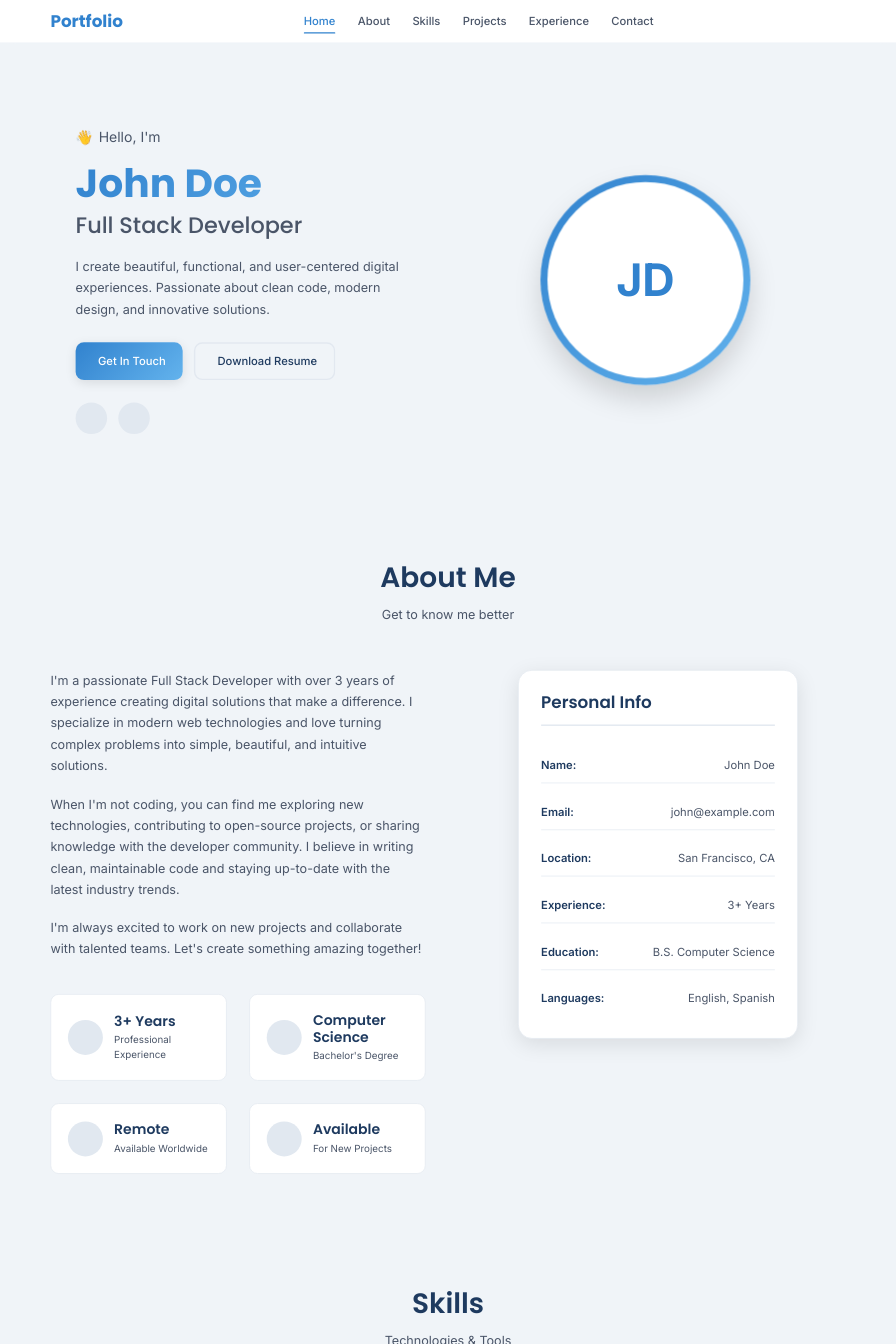
Repository: TharunPathakamuri/Portfolio
Page: index.html
An editor plug-in stored every save of this project. The page is shown before and after the next save, followed by the edit.
The browser window is 1280 px wide. The pictures show the part of the page from y = 0 to 1920 px (the page is 5070 px tall), at 70% of full size.

Above is the page before, as saved 2025-07-04 23:12:19.

### index.html
<!DOCTYPE html>
<html lang="en">
<head>
    <meta charset="UTF-8">
    <meta name="viewport" content="width=device-width, initial-scale=1.0">
    <title>John Doe - Portfolio</title>
    <meta name="description" content="Personal Portfolio - Modern Web Developer">

    <!-- Google Fonts -->
    <link rel="preconnect" href="https://fonts.googleapis.com">
    <link rel="preconnect" href="https://fonts.gstatic.com" crossorigin>
    <link href="https://fonts.googleapis.com/css2?family=Inter:wght@300;400;500;600;700&family=Poppins:wght@300;400;500;600;700&display=swap" rel="stylesheet">

    <!-- Lucide Icons -->
    <link rel="stylesheet" href="https://cdn.jsdelivr.net/npm/lucide-static@0.292.0/font/lucide.css">

    <!-- Custom CSS -->
    <link rel="stylesheet" href="styles.css">
</head>
<body>
    <!-- Navigation -->
    <nav class="navbar" id="navbar">
        <div class="container">
            <div class="nav-content">
                <div class="nav-logo">
                    <h3>Portfolio</h3>
                </div>

                <ul class="nav-menu" id="nav-menu">
                    <li><a href="#home" class="nav-link">Home</a></li>
                    <li><a href="#about" class="nav-link">About</a></li>
                    <li><a href="#skills" class="nav-link">Skills</a></li>
                    <li><a href="#projects" class="nav-link">Projects</a></li>
                    <li><a href="#experience" class="nav-link">Experience</a></li>
                    <li><a href="#contact" class="nav-link">Contact</a></li>
                </ul>

                <div class="nav-actions">
                    <button class="theme-toggle" id="theme-toggle" aria-label="Toggle dark mode">
                        <i class="lucide lucide-moon"></i>
                    </button>

                    <button class="mobile-menu-toggle" id="mobile-menu-toggle" aria-label="Toggle mobile menu">
                        <i class="lucide lucide-menu"></i>
                    </button>
                </div>
            </div>
        </div>
    </nav>

    <!-- Hero Section -->
    <section id="home" class="hero">
        <div class="container">
            <div class="hero-content">
                <div class="hero-text">
                    <div class="hero-greeting">
                        <span class="wave">👋</span> Hello, I'm
                    </div>

                    <h1 class="hero-title">
                        <span class="name">John Doe</span>
                        <span class="title">Full Stack Developer</span>
                    </h1>

                    <p class="hero-description">
                        I create beautiful, functional, and user-centered digital experiences.
                        Passionate about clean code, modern design, and innovative solutions.
                    </p>

                    <div class="hero-actions">
                        <button class="btn btn-primary" onclick="scrollToSection('contact')">
                            <i class="lucide lucide-mail"></i>
                            Get In Touch
                        </button>

                        <a href="resume.pdf" class="btn btn-secondary" download>
                            <i class="lucide lucide-download"></i>
                            Download Resume
                        </a>
                    </div>

                    <div class="hero-social">
                        <a href="https://github.com" target="_blank" rel="noopener noreferrer" class="social-link">
                            <i class="lucide lucide-github"></i>
                        </a>
                        <a href="https://linkedin.com" target="_blank" rel="noopener noreferrer" class="social-link">
                            <i class="lucide lucide-linkedin"></i>
                        </a>
                    </div>
                </div>

                <div class="hero-visual">
                    <div class="hero-image">
                        <div class="image-placeholder">
                            <div class="placeholder-text">JD</div>
                        </div>
                    </div>
                </div>
            </div>
        </div>
    </section>

    <!-- About Section -->
    <section id="about" class="about section">
        <div class="container">
            <div class="section-header">
                <h2 class="section-title">About Me</h2>
                <p class="section-subtitle">Get to know me better</p>
            </div>

            <div class="about-content">
                <div class="about-text">
                    <div class="about-description">
                        <p>
                            I'm a passionate Full Stack Developer with over 3 years of experience
                            creating digital solutions that make a difference. I specialize in
                            modern web technologies and love turning complex problems into simple,
                            beautiful, and intuitive solutions.
                        </p>

                        <p>
                            When I'm not coding, you can find me exploring new technologies,
                            contributing to open-source projects, or sharing knowledge with the
                            developer community. I believe in writing clean, maintainable code
                            and staying up-to-date with the latest industry trends.
                        </p>

                        <p>
                            I'm always excited to work on new projects and collaborate with
                            talented teams. Let's create something amazing together!
                        </p>
                    </div>

                    <div class="about-highlights">
                        <div class="highlight-item">
                            <div class="highlight-icon">
                                <i class="lucide lucide-briefcase"></i>
                            </div>
                            <div class="highlight-content">
                                <h4 class="highlight-title">3+ Years</h4>
                                <p class="highlight-description">Professional Experience</p>
                            </div>
                        </div>

                        <div class="highlight-item">
                            <div class="highlight-icon">
                                <i class="lucide lucide-graduation-cap"></i>
                            </div>
                            <div class="highlight-content">
                                <h4 class="highlight-title">Computer Science</h4>
                                <p class="highlight-description">Bachelor's Degree</p>
                            </div>
                        </div>

                        <div class="highlight-item">
                            <div class="highlight-icon">
                                <i class="lucide lucide-map-pin"></i>
                            </div>
                            <div class="highlight-content">
                                <h4 class="highlight-title">Remote</h4>
                                <p class="highlight-description">Available Worldwide</p>
                            </div>
                        </div>

                        <div class="highlight-item">
                            <div class="highlight-icon">
                                <i class="lucide lucide-calendar"></i>
                            </div>
                            <div class="highlight-content">
                                <h4 class="highlight-title">Available</h4>
                                <p class="highlight-description">For New Projects</p>
                            </div>
                        </div>
                    </div>
                </div>

                <div class="about-visual">
                    <div class="about-card">
                        <div class="card-header">
                            <h3>Personal Info</h3>
                        </div>

                        <div class="info-list">
                            <div class="info-item">
                                <span class="info-label">Name:</span>
                                <span class="info-value">John Doe</span>
                            </div>

                            <div class="info-item">
                                <span class="info-label">Email:</span>
                                <span class="info-value">john@example.com</span>
                            </div>

                            <div class="info-item">
                                <span class="info-label">Location:</span>
                                <span class="info-value">San Francisco, CA</span>
                            </div>

                            <div class="info-item">
                                <span class="info-label">Experience:</span>
                                <span class="info-value">3+ Years</span>
                            </div>

                            <div class="info-item">
                                <span class="info-label">Education:</span>
                                <span class="info-value">B.S. Computer Science</span>
                            </div>

                            <div class="info-item">
                                <span class="info-label">Languages:</span>
                                <span class="info-value">English, Spanish</span>
                            </div>
                        </div>
                    </div>
                </div>
            </div>
        </div>
    </section>

    <!-- Skills Section -->
    <section id="skills" class="skills section">
        <div class="container">
            <div class="section-header">
                <h2 class="section-title">Skills</h2>
                <p class="section-subtitle">Technologies & Tools</p>
            </div>

            <div class="skills-grid">
                <div class="skill-card">
                    <div class="skill-icon">
                        <i class="lucide lucide-code"></i>
                    </div>
                    <div class="skill-name">HTML5</div>
                </div>

                <div class="skill-card">
                    <div class="skill-icon">
                        <i class="lucide lucide-palette"></i>
                    </div>
                    <div class="skill-name">CSS3</div>
                </div>

                <div class="skill-card">
                    <div class="skill-icon">
                        <i class="lucide lucide-file-code"></i>
                    </div>
                    <div class="skill-name">JavaScript</div>
                </div>

                <div class="skill-card">
                    <div class="skill-icon">
                        <i class="lucide lucide-zap"></i>
                    </div>
                    <div class="skill-name">React</div>
                </div>

                <div class="skill-card">
                    <div class="skill-icon">
                        <i class="lucide lucide-server"></i>
                    </div>
                    <div class="skill-name">Node.js</div>
                </div>

                <div class="skill-card">
                    <div class="skill-icon">
                        <i class="lucide lucide-database"></i>
                    </div>
                    <div class="skill-name">SQL/NoSQL</div>
                </div>

                <div class="skill-card">
                    <div class="skill-icon">
                        <i class="lucide lucide-globe"></i>
                    </div>
                    <div class="skill-name">APIs</div>
                </div>

                <div class="skill-card">
                    <div class="skill-icon">
                        <i class="lucide lucide-git-branch"></i>
                    </div>
                    <div class="skill-name">Git</div>
                </div>

                <div class="skill-card">
                    <div class="skill-icon">
                        <i class="lucide lucide-image"></i>
                    </div>
                    <div class="skill-name">Figma</div>
                </div>

                <div class="skill-card">
                    <div class="skill-icon">
                        <i class="lucide lucide-cloud"></i>
                    </div>
                    <div class="skill-name">Cloud</div>
                </div>

                <div class="skill-card">
                    <div class="skill-icon">
                        <i class="lucide lucide-terminal"></i>
                    </div>
                    <div class="skill-name">CLI</div>
                </div>

                <div class="skill-card">
                    <div class="skill-icon">
                        <i class="lucide lucide-check-circle"></i>
                    </div>
                    <div class="skill-name">Clean Code</div>
                </div>
            </div>
        </div>
    </section>

    <!-- Projects Section -->
    <section id="projects" class="projects section">
        <div class="container">
            <div class="section-header">
                <h2 class="section-title">Projects</h2>
                <p class="section-subtitle">Selected Work</p>
            </div>

            <div class="projects-grid">
                <div class="project-card">
                    <div class="project-image">
                        <img src="https://placehold.co/400x220" alt="Modern Portfolio">
                    </div>
                    <div class="project-content">
                        <h3 class="project-title">Modern Portfolio</h3>
                        <p class="project-description">A sleek, responsive portfolio website built with React and modern CSS.</p>
                        <div class="project-tech">
                            <span class="tech-icon"><i class="lucide lucide-zap"></i></span>
                            <span class="tech-icon"><i class="lucide lucide-image"></i></span>
                        </div>
                        <div class="project-links">
                            <a href="https://github.com" target="_blank" rel="noopener noreferrer" class="project-link">
                                <i class="lucide lucide-github"></i>
                            </a>
                            <a href="#" target="_blank" rel="noopener noreferrer" class="project-link">
                                <i class="lucide lucide-external-link"></i>
                            </a>
                        </div>
                    </div>
                </div>

                <div class="project-card">
                    <div class="project-image">
                        <img src="https://placehold.co/400x220" alt="Task Manager App">
                    </div>
                    <div class="project-content">
                        <h3 class="project-title">Task Manager App</h3>
                        <p class="project-description">A productivity app for managing daily tasks, with real-time sync.</p>
                        <div class="project-tech">
                            <span class="tech-icon"><i class="lucide lucide-zap"></i></span>
                            <span class="tech-icon"><i class="lucide lucide-server"></i></span>
                            <span class="tech-icon"><i class="lucide lucide-database"></i></span>
                        </div>
                        <div class="project-links">
                            <a href="https://github.com" target="_blank" rel="noopener noreferrer" class="project-link">
                                <i class="lucide lucide-github"></i>
                            </a>
                            <a href="#" target="_blank" rel="noopener noreferrer" class="project-link">
                                <i class="lucide lucide-external-link"></i>
                            </a>
                        </div>
                    </div>
                </div>

                <div class="project-card">
                    <div class="project-image">
                        <img src="https://placehold.co/400x220" alt="Design System">
                    </div>
                    <div class="project-content">
                        <h3 class="project-title">Design System</h3>
                        <p class="project-description">Reusable UI components and design tokens for rapid prototyping.</p>
                        <div class="project-tech">
                            <span class="tech-icon"><i class="lucide lucide-image"></i></span>
                            <span class="tech-icon"><i class="lucide lucide-zap"></i></span>
                        </div>
                        <div class="project-links">
                            <a href="https://github.com" target="_blank" rel="noopener noreferrer" class="project-link">
                                <i class="lucide lucide-github"></i>
                            </a>
                            <a href="#" target="_blank" rel="noopener noreferrer" class="project-link">
                                <i class="lucide lucide-external-link"></i>
                            </a>
                        </div>
                    </div>
                </div>
            </div>
        </div>
    </section>

    <!-- Experience Section -->
    <section id="experience" class="experience section">
        <div class="container">
            <div class="section-header">
                <h2 class="section-title">Experience</h2>
                <p class="section-subtitle">Work & Roles</p>
            </div>

            <div class="experience-timeline">
                <div class="exp-card">
                    <div class="exp-header">
                        <i class="lucide lucide-briefcase exp-icon"></i>
                        <div>
                            <h3 class="exp-role">Frontend Developer</h3>
                            <div class="exp-company">Tech Solutions</div>
                        </div>
                    </div>
                    <div class="exp-meta">
                        <span class="exp-location"><i class="lucide lucide-map-pin"></i> Remote</span>
                        <span class="exp-period"><i class="lucide lucide-calendar"></i> 2022 - Present</span>
                    </div>
                    <div class="exp-description">
                        Building modern, responsive UIs and collaborating with cross-functional teams to deliver high-quality web applications.
                    </div>
                </div>

                <div class="exp-card">
                    <div class="exp-header">
                        <i class="lucide lucide-briefcase exp-icon"></i>
                        <div>
                            <h3 class="exp-role">Web Developer</h3>
                            <div class="exp-company">Creative Studio</div>
                        </div>
                    </div>
                    <div class="exp-meta">
                        <span class="exp-location"><i class="lucide lucide-map-pin"></i> San Francisco, CA</span>
                        <span class="exp-period"><i class="lucide lucide-calendar"></i> 2020 - 2022</span>
                    </div>
                    <div class="exp-description">
                        Developed and maintained websites for clients, focusing on performance, accessibility, and clean code.
                    </div>
                </div>

                <div class="exp-card">
                    <div class="exp-header">
                        <i class="lucide lucide-briefcase exp-icon"></i>
                        <div>
                            <h3 class="exp-role">Intern Developer</h3>
                            <div class="exp-company">Startup Hub</div>
                        </div>
                    </div>
                    <div class="exp-meta">
                        <span class="exp-location"><i class="lucide lucide-map-pin"></i> Remote</span>
                        <span class="exp-period"><i class="lucide lucide-calendar"></i> 2019 - 2020</span>
                    </div>
                    <div class="exp-description">
                        Assisted in building MVPs, learning best practices, and contributing to open-source projects.
                    </div>
                </div>
            </div>
        </div>
    </section>

    <!-- Contact Section -->
    <section id="contact" class="contact section">
        <div class="container">
            <div class="section-header">
                <h2 class="section-title">Contact</h2>
                <p class="section-subtitle">Let's connect</p>
            </div>

            <div class="contact-content">
                <div class="contact-info">
                    <div class="contact-item">
                        <i class="lucide lucide-mail"></i>
                        <span>john@example.com</span>
                    </div>
                    <div class="contact-item">
                        <i class="lucide lucide-map-pin"></i>
                        <span>San Francisco, CA</span>
                    </div>
                    <div class="contact-social">
                        <a href="https://github.com" target="_blank" rel="noopener noreferrer" class="social-link">
                            <i class="lucide lucide-github"></i>
                        </a>
                        <a href="https://linkedin.com" target="_blank" rel="noopener noreferrer" class="social-link">
                            <i class="lucide lucide-linkedin"></i>
                        </a>
                    </div>
                </div>

                <form class="contact-form" id="contact-form">
                    <div class="form-group">
                        <label for="name">Name</label>
                        <input id="name" type="text" required>
                        <span class="form-error" id="name-error"></span>
                    </div>

                    <div class="form-group">
                        <label for="email">Email</label>
                        <input id="email" type="email" required>
                        <span class="form-error" id="email-error"></span>
                    </div>

                    <div class="form-group">
                        <label for="message">Message</label>
                        <textarea id="message" rows="4" required></textarea>
                        <span class="form-error" id="message-error"></span>
                    </div>

                    <button type="submit" class="btn btn-primary">Send Message</button>
                    <div class="form-success" id="form-success"></div>
                </form>
            </div>
        </div>
    </section>

    <!-- Footer -->
    <footer class="footer">
        <div class="container">
            <div class="footer-content">
                <span>&copy; <span id="current-year"></span> John Doe. All rights reserved.</span>
                <button class="footer-top" onclick="scrollToTop()" aria-label="Back to top">
                    <i class="lucide lucide-arrow-up"></i>
                </button>
            </div>
        </div>
    </footer>

    <!-- Custom JavaScript -->
    <script src="script.js"></script>
</body>
</html>

Loaded but not shown: script.js (335 lines, source omitted); styles.css (1099 lines, source omitted)

After the next save:
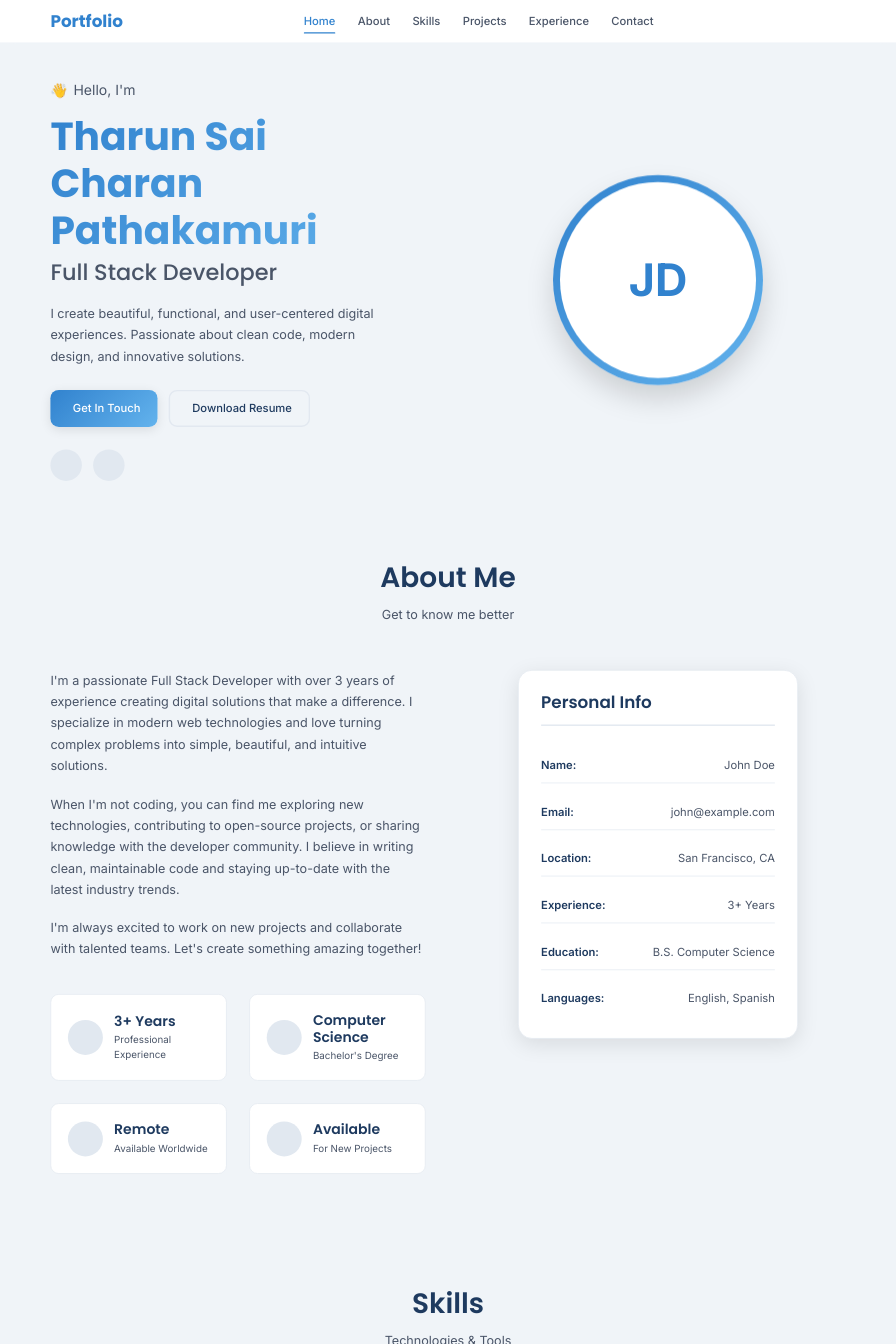
Saved 5 s later.
--- a/index.html
+++ b/index.html
@@ -58,7 +58,7 @@
                     </div>
 
                     <h1 class="hero-title">
-                        <span class="name">John Doe</span>
+                        <span class="name">Tharun Sai Charan Pathakamuri</span>
                         <span class="title">Full Stack Developer</span>
                     </h1>
 
